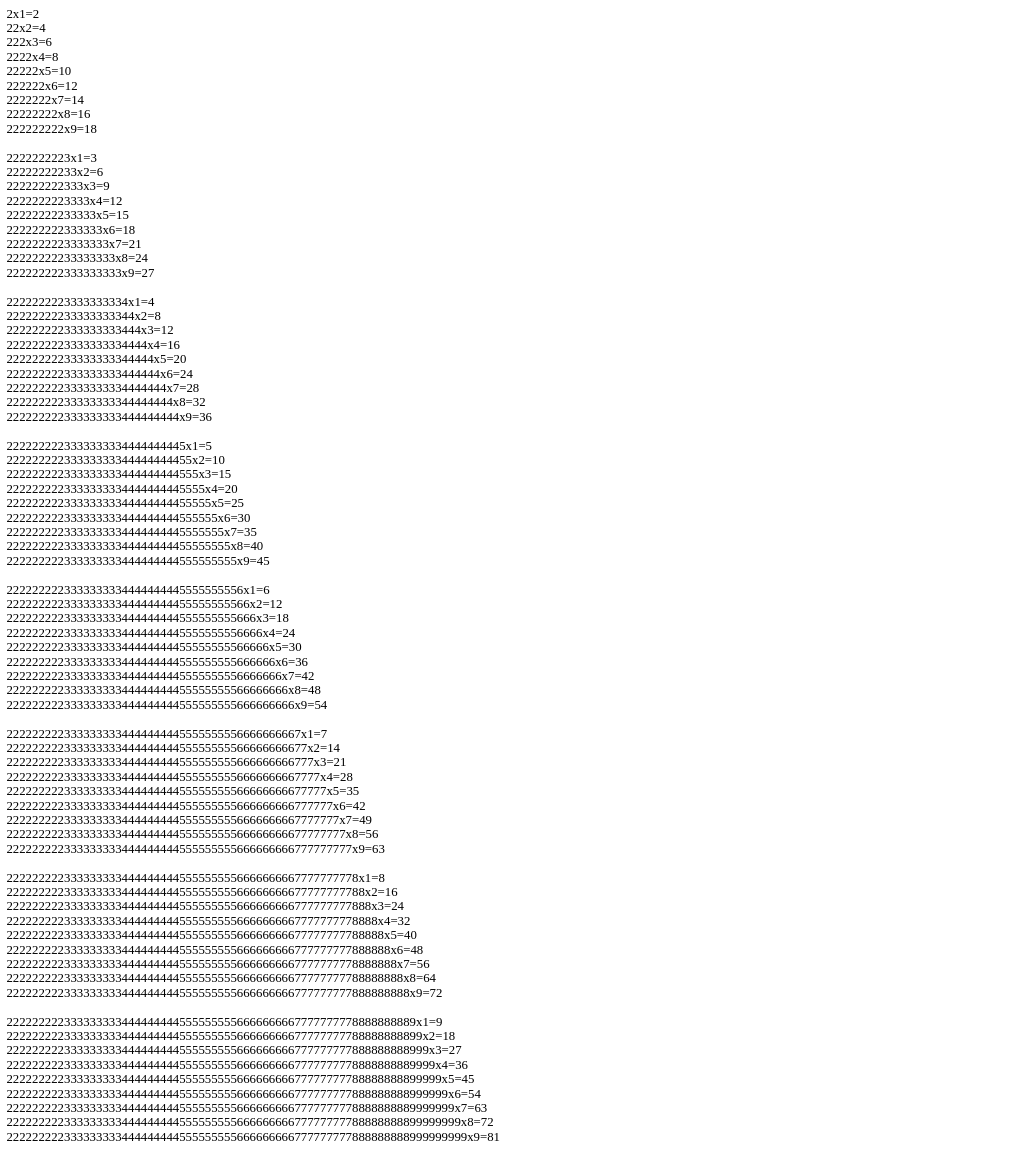
Repository: tldnwkd/jspclass2026
Page: http://localhost/chapter01/test02.jsp
An editor plug-in stored every save of this project. The page is shown before and after the next save, followed by the edit.
The browser window is 1280 px wide. The pictures show the whole page, at 80% of full size.
The page is served by Tomcat 9.

Above is the page before, as saved 2026-10-16 03:15:50.

After the next save:
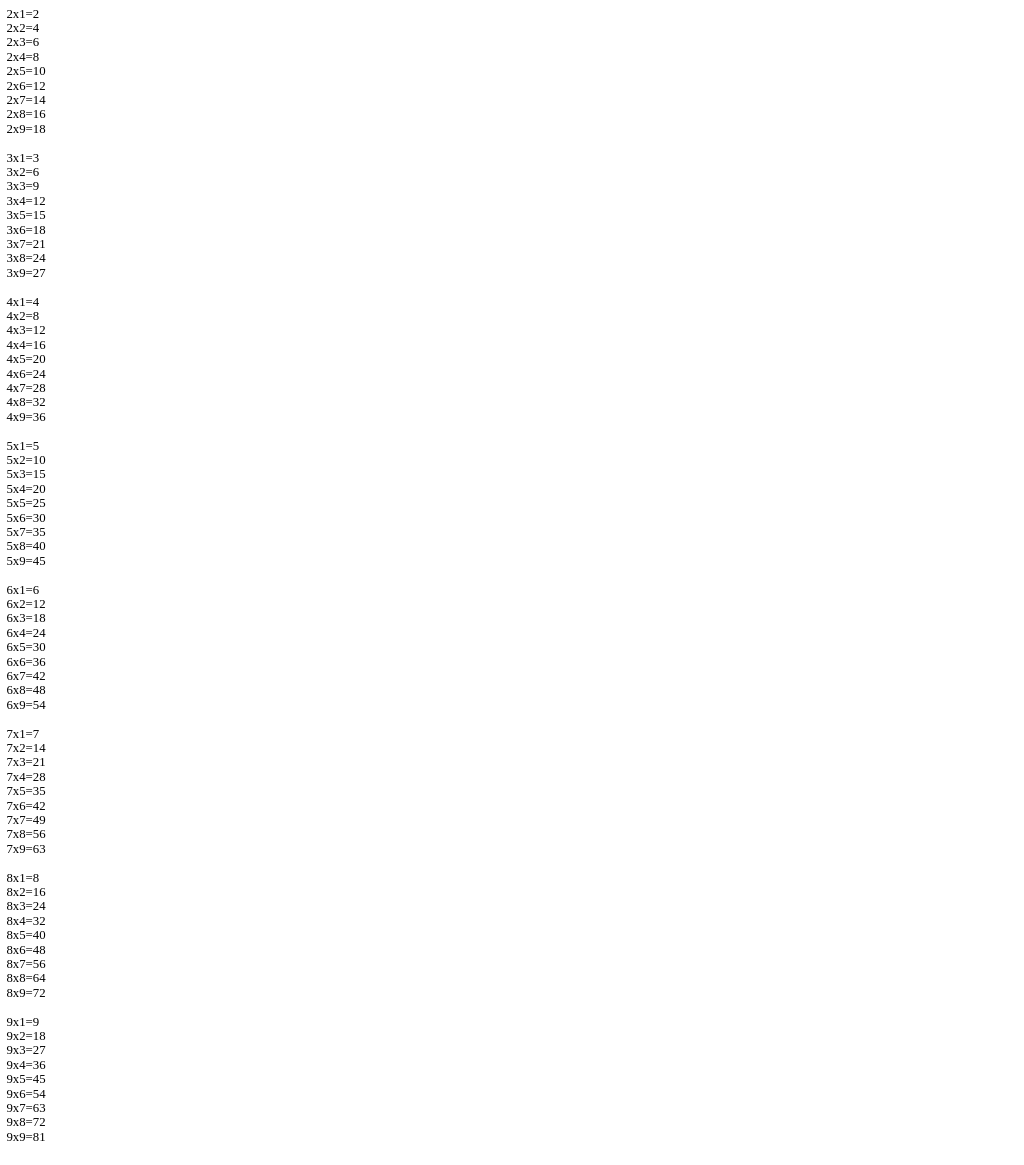
Saved 15 s later.
--- a/chapter01/src/main/webapp/test02.jsp
+++ b/chapter01/src/main/webapp/test02.jsp
@@ -12,7 +12,7 @@
 <%for(int i=2; i<10; i++) {
 	for(int j=1; j<10; j++){
 %>
-	<%=result +=i%>x<%=j%>=<%=i*j%><br/>
+	<%=i%>x<%=j%>=<%=i*j%><br/>
 	<%}%><br/>
 <%}%>
 </body>
